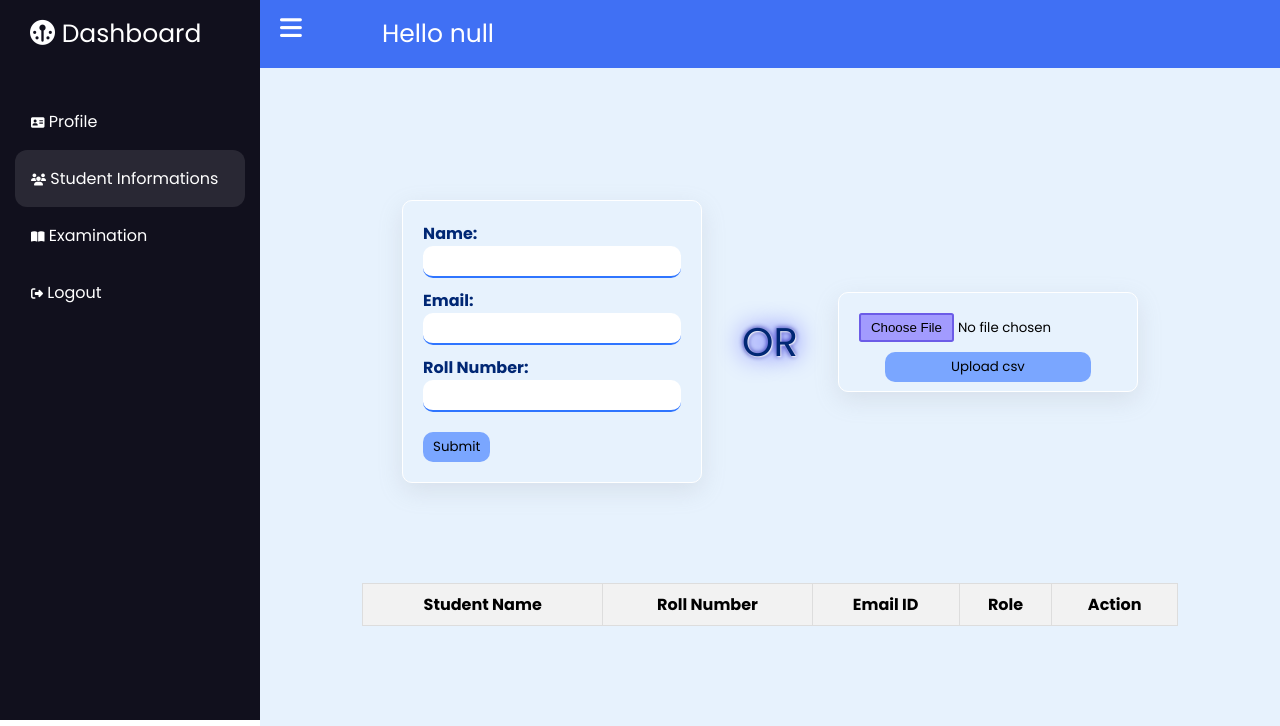
Repository: Buddhadip/ExamPortalApp_struts
Page: http://localhost/ExamWizard/WEB-INF/views/addStudent.jsp
The author's editor kept a copy of each file at every save. The page is drawn from the files as they stood at one save, then again after the next save.
The browser window is 1280 px wide. The pictures show the whole page.
The page is served by Tomcat 9. Nobody is signed in. Other server files are loaded and not shown. The template is opened directly, without the code that normally fills it, so the values that code supplies are empty.

Above is the page before, as saved 2023-07-14 11:55:25.

### ExamWizard/src/main/webapp/WEB-INF/views/addStudent.jsp
<%@ page language="java" contentType="text/html; charset=ISO-8859-1"
    pageEncoding="ISO-8859-1"%>
<!DOCTYPE html>
<html>
<head>
<meta charset="ISO-8859-1">
<title>Student Details</title>
 <link rel="stylesheet" href="public/styles/addStudent.css" />
  <link rel="stylesheet" href="public/styles/adminHome.css" />
    <link
      rel="stylesheet"
      href="https://cdnjs.cloudflare.com/ajax/libs/font-awesome/6.4.0/css/all.min.css"
    />
</head>
<body>
<%@ taglib prefix="c" uri="http://java.sun.com/jsp/jstl/core" %>
<%
   // Retrieve a session attribute
   String username = (String) session.getAttribute("username");
%>
	 <nav class="sidebar">
      <a href="#" class="logo">
        <i class="fa-solid fa-gauge fa-spin"></i>
        Dashboard
      </a>

      <div class="menu-content">
        <ul class="menu-items">
          <li class="item">
            <a href="profile.do">
              <i class="fa-solid fa-address-card"></i>
              Profile</a
            >
          </li>

          <li class="item selected-item">
            <a href="studentPage.do">
              <i class="fa-solid fa-users"></i>
              Student Informations</a
            >
          </li>

          <li class="item">
            <a href="#">
              <i class="fa-solid fa-book-open"></i>
              Examination</a
            >
          </li>

          <li class="item">
            <a href="logout.do">
              <i class="fa-solid fa-right-from-bracket"></i>
              Logout</a
            >
          </li>
        </ul>
      </div>
    </nav>

    <nav class="navbar">
      <i class="fa-solid fa-bars" id="sidebar-close"></i>
      <div class="hellotext">Hello <%= username %></div>
    </nav>

    <main class="main">
      <div class="uploader">
        <div class="box">
          <form action="addUser.do" method="post" onsubmit="manageFormSubmit()">
            <div class="form-group">
              <label for="name">Name:</label>
              <input type="text" id="name" name="name" required />
            </div>
            <div class="form-group">
              <label for="email">Email:</label>
              <input type="email" id="email" name="email" required />
            </div>
            <div class="form-group">
              <label for="roll">Roll Number:</label>
              <input type="text" id="roll" name="roll" required />
            </div>
            <div class="submit-button">
              <input type="submit" value="Submit" />
            </div>
          </form>
        </div>
        <div class="or-class">OR</div>
        <div class="box2">
          <form
            action="uploadCSV.do"
            method="post"
            enctype="multipart/form-data"
          >
            <input type="file" name="file" accept=".csv" />
            <input type="submit" value="Upload csv" class="upload-button" />
          </form>
        </div>
      </div>

      <div class="student_details">
        <table>
          <thead>
            <tr>
              <th>Student Name</th>
              <th>Roll Number</th>
              <th>Email ID</th>
              <th>Role</th>
              <th>Action</th>
            </tr>
          </thead>
          <tbody>
           <c:forEach var="student" items="${studentlist}">
           	<tr>
              <td>${student.uname}</td>
              <td>${student.uroll}</td>
              <td>${student.email}</td>
              <td>${student.urole}</td>
              <td>
              <c:if test='${student.urole.equals("Admin") }'>
				    <button class="delete-button2" >Delete</button>
			</c:if>
		    	<c:if test='${student.urole.equals("Student") }'>
				     <button class="delete-button" onclick="deleteStudentById('${student.uid}')">Delete</button>
			  </c:if>
              </td>
            </tr>
            </c:forEach>
            <!-- Add more rows here -->
          </tbody>
        </table>
      </div>
    </main>

<script src="https://code.jquery.com/jquery-3.6.0.min.js"></script>
    <script src="public/js/addStudent.js"></script>
</body>
</html>

### ExamWizard/src/main/webapp/public/styles/addStudent.css


.uploader{
    display: flex;
    flex-direction: row;
      align-items: center;
  justify-content: center;

}
.or-class{
    font-size: 40px;
    margin: 40px;
    color: #002774;
    text-shadow: 1px 1px 2px rgb(255, 255, 255), 0 0 25px blue, 0 0 5px darkblue;
}

.box {
    border: 1px solid #ffffff;
    padding: 20px;
    width: 300px;
    border-radius: 10px;
    box-shadow: rgba(149, 157, 165, 0.2) 0px 8px 24px;

  }
  .form-group {
    margin-bottom: 10px;
  }
  .form-group label {
    display: block;
    font-weight: bold;
    color: #002774;
  }
  .form-group input {
    width: 100%;
    padding: 5px;
    border-radius: 10px;
    border: none;
    border-bottom: 2px solid #2f75ff;
  }
  .submit-button input {
    margin-top: 10px;
    background-color: #7aa6ff;
    padding: 5px 10px;
    border-radius: 10px;
    border: none;
    cursor: pointer;
  }
  .submit-button input:hover {
    background-color: #447ff3;
    color: white;
  }

  .box2{
    border: 1px solid #ffffff;
    padding: 20px;
    width: 300px;
    height: 100px;
    border-radius: 10px;
    box-shadow: rgba(149, 157, 165, 0.2) 0px 8px 24px;
  }
  .upload-button{
    margin-top: 10px;
    background-color: #7aa6ff;
    padding: 5px 10px;
    border-radius: 10px;
    border: none;
    cursor: pointer;
    width: 80%;
    margin-left: 10%;
  }
  input[type="file"]{

  }
  input[type="file"]::file-selector-button {
    border: 2px solid #6c5ce7;
    padding:5px 10px;
    border-radius: 0.2em;
    background-color: #a29bfe;
    transition: 1s;

  }

  input[type="file"]::-ms-browse:hover {
    background-color: #81ecec;
    border: 2px solid #00cec9;
  }

  input[type="file"]::-webkit-file-upload-button:hover {
    background-color: #81ecec;
    border: 2px solid #00cec9;
  }

  input[type="file"]::file-selector-button:hover {
    background-color: #81ecec;
    border: 2px solid #00cec9;
  }

  table {
    border-collapse: collapse;
    width: 100%;
    text-align: center;
  }
  th, td {
    border: 1px solid #ddd;
    padding: 8px;
  }
  th {
    background-color: #f2f2f2;
  }
  .delete-button {
    background-color: #f44336;
    border: none;
    color: white;
    padding: 5px 10px;
    text-align: center;
    text-decoration: none;
    display: inline-block;
    cursor: pointer;
    border-radius:8px;
  }
    .delete-button2 {
    background-color:   rgb(171, 171, 171);
    border: none;
    color: white;
    padding: 5px 10px;
    text-align: center;
    text-decoration: none;
    display: inline-block;
    cursor: pointer;
    border-radius:8px;
  }

  .delete-button:hover {
    background-color: #d32f2f;
  }

  .student_details{
    margin:100px 40px;
    width: 80%;
  }

### ExamWizard/src/main/webapp/public/styles/adminHome.css
@charset "UTF-8";
/* Import Google font - Poppins */
@import url("https://fonts.googleapis.com/css2?family=Poppins:wght@200;300;400;500;600;700&display=swap");
* {
  margin: 0;
  padding: 0;
  box-sizing: border-box;
  font-family: "Poppins", sans-serif;
}
.sidebar {
  position: fixed;
  height: 100%;
  width: 260px;
  background: #11101d;
  padding: 15px;
  z-index: 99;
}
.logo {
  font-size: 25px;
  padding: 0 15px;
}
.sidebar a {
  color: #fff;
  text-decoration: none;
}
.menu-content {
  position: relative;
  height: 100%;
  width: 100%;
  margin-top: 40px;
  overflow-y: scroll;
}
.menu-content::-webkit-scrollbar {
  display: none;
}
.menu-items {
  height: 100%;
  width: 100%;
  list-style: none;
  transition: all 0.4s ease;
}
.submenu-active .menu-items {
  transform: translateX(-56%);
}
.item a,
.submenu-item {
  padding: 16px;
  display: inline-block;
  width: 100%;
  border-radius: 12px;
}
.item i {
  font-size: 12px;
}
.item a:hover,
.submenu-item:hover,
.submenu .menu-title:hover ,
.selected-item {
  background: rgba(255, 255, 255, 0.1);
  border-radius: 12px;
}
.submenu-item {
  display: flex;
  justify-content: space-between;
  align-items: center;
  color: #fff;
  cursor: pointer;
}
.submenu {
  position: absolute;
  height: 100%;
  width: 100%;
  top: 0;
  right: calc(-100% - 26px);
  height: calc(100% + 100vh);
  background: #11101d;
  display: none;
}
.show-submenu ~ .submenu {
  display: block;
}
.submenu .menu-title {
  border-radius: 12px;
  cursor: pointer;
}
.submenu .menu-title i {
  margin-right: 10px;
}
.navbar,
.main {
  left: 260px;
  width: calc(100% - 260px);
  transition: all 0.5s ease;
  z-index: 1000;
}
.sidebar.close ~ .navbar,
.sidebar.close ~ .main {
  left: 0;
  width: 100%;
}
.navbar {
  position: fixed;
  color: #fff;
  padding: 15px 20px;
  font-size: 25px;
  background: #4070f4;
  cursor: pointer;
  display:flex;
  flex-direction:row;

}

.navbar .hellotext{
  margin-left:80px;

}
.navbar #sidebar-close {
  cursor: pointer;
}
.main {
  position: relative;
  display: flex;
  align-items: center;
  justify-content: center;
  height: auto;
  z-index: 100;
  background: #e7f2fd;
  flex-direction:column;
  padding-top:200px;
}
.main h1 {
  color: #11101d;
  font-size: 40px;
  text-align: center;
}

### ExamWizard/src/main/webapp/public/js/addStudent.js
const sidebar = document.querySelector(".sidebar");
const sidebarClose = document.querySelector("#sidebar-close");
const menu = document.querySelector(".menu-content");
const menuItems = document.querySelectorAll(".submenu-item");
const subMenuTitles = document.querySelectorAll(".submenu .menu-title");

sidebarClose.addEventListener("click", () => sidebar.classList.toggle("close"));

menuItems.forEach((item, index) => {
  item.addEventListener("click", () => {
    menu.classList.add("submenu-active");
    item.classList.add("show-submenu");
    menuItems.forEach((item2, index2) => {
      if (index !== index2) {
        item2.classList.remove("show-submenu");
      }
    });
  });
});

subMenuTitles.forEach((title) => {
  title.addEventListener("click", () => {
    menu.classList.remove("submenu-active");
  });
});


function deleteStudentById(id){
		console.log(id)
		 $.ajax({
		    type: "GET",
		    url: "deleteStudent.do",
		    data: { id:id },
		    success: function(response) {
		      location.reload();
		    },
		    error: function(jqXHR, textStatus, errorThrown) {
		      // handle error response
		      alert("Error deleting student:");
		    }
		  });
	}

After the next save:
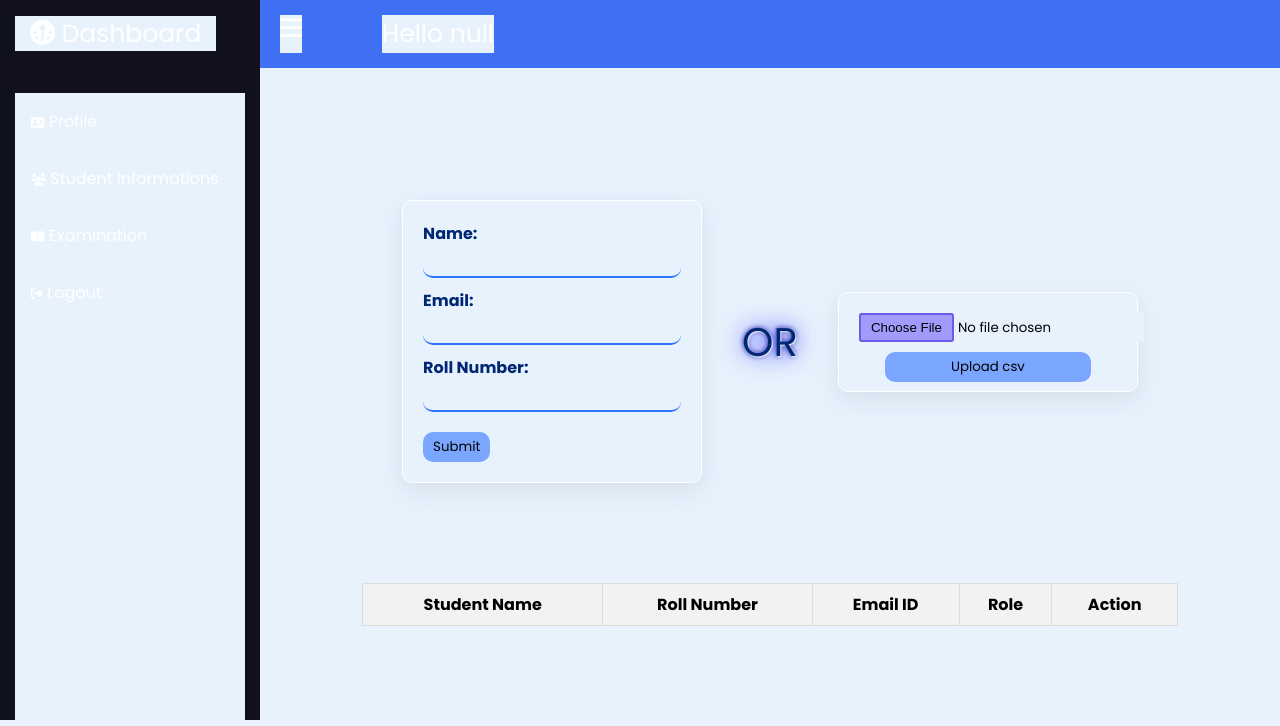
Saved 3 min 29 s later.
--- a/ExamWizard/src/main/webapp/public/styles/adminHome.css
+++ b/ExamWizard/src/main/webapp/public/styles/adminHome.css
@@ -6,6 +6,7 @@
   padding: 0;
   box-sizing: border-box;
   font-family: "Poppins", sans-serif;
+  background: #e7f2fd;
 }
 .sidebar {
   position: fixed;

After the save that followed:
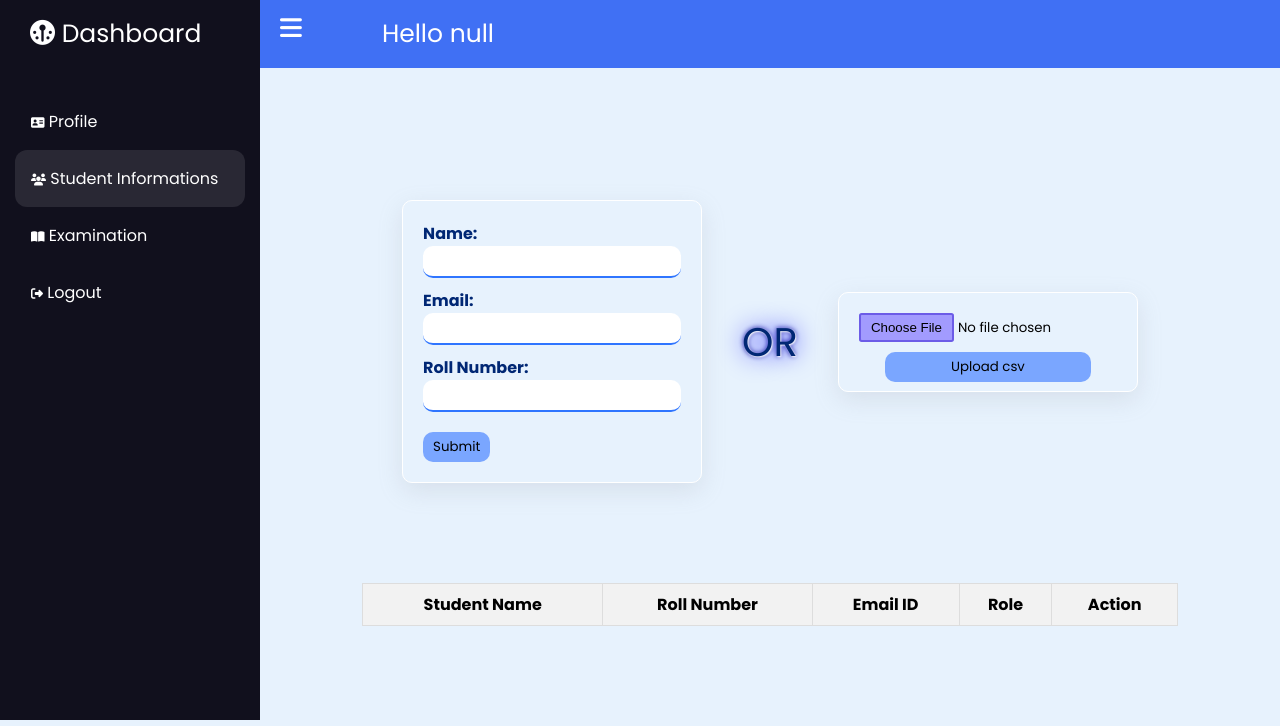
Saved 19 s later.
--- a/ExamWizard/src/main/webapp/public/styles/adminHome.css
+++ b/ExamWizard/src/main/webapp/public/styles/adminHome.css
@@ -6,7 +6,10 @@
   padding: 0;
   box-sizing: border-box;
   font-family: "Poppins", sans-serif;
-  background: #e7f2fd;
+
+}
+body{
+	background: #e7f2fd;
 }
 .sidebar {
   position: fixed;
